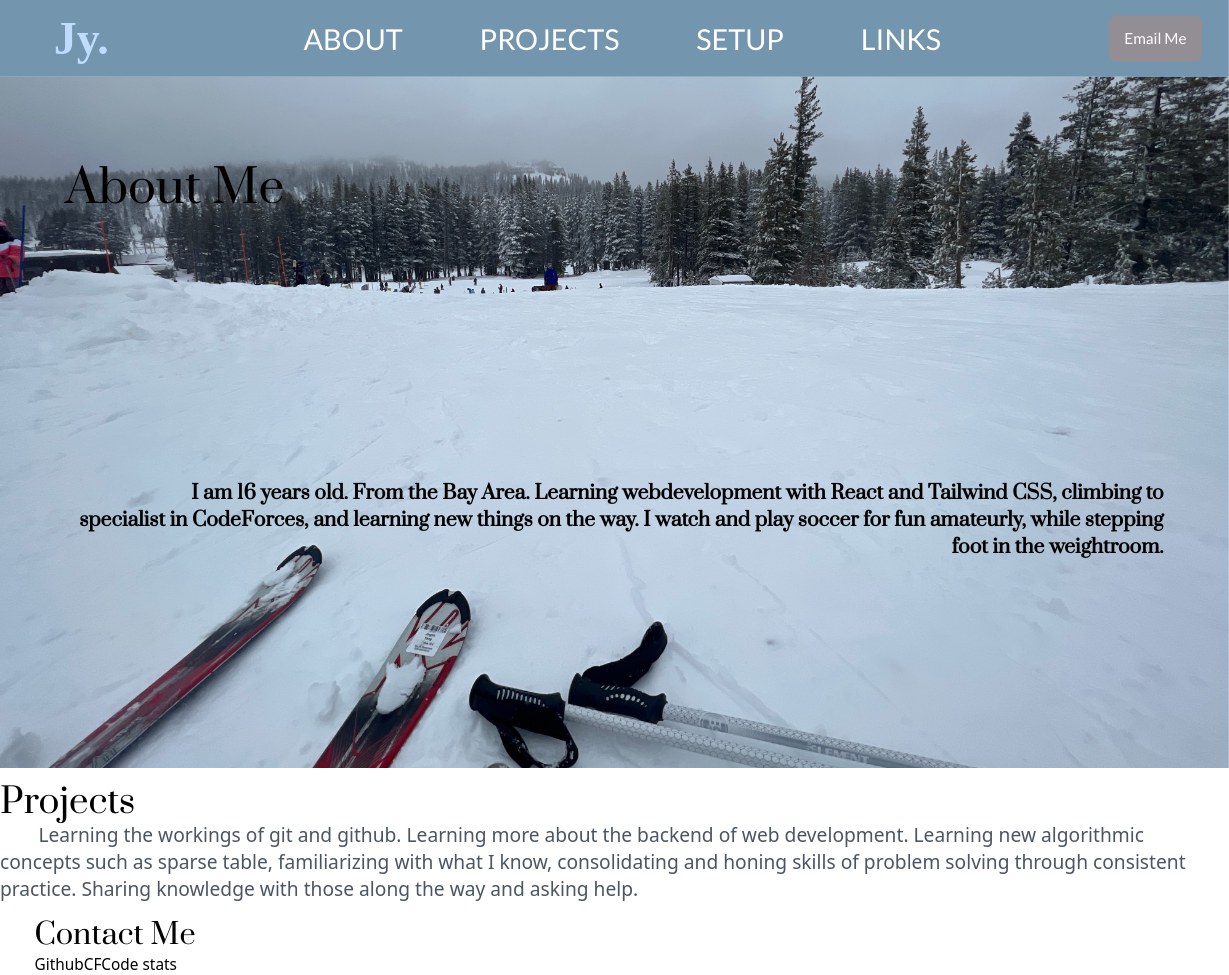
Repository: joshuayanggithub/joshua-yang-website
Page: /
The author's editor kept a copy of each file at every save. The page is drawn from the files as they stood at one save, then again after the next save.
The browser window is 1280 px wide. The pictures show the whole page, at 96% of full size.
Some web fonts or font styles are not loaded; a fallback is used. The project was rebuilt for these pictures with package versions that can differ from the ones it lists, and the page was loaded fresh each time.

Above is the page before, as saved 2023-01-08 03:19:08.

### public/index.html
<!DOCTYPE html>
<html lang="en">
  <head>
    <meta charset="utf-8" />
    <link rel="icon" href="%PUBLIC_URL%/favicon.ico" />
    <meta name="viewport" content="width=device-width, initial-scale=1" />
    <meta name="theme-color" content="#000000" />
    <meta
      name="description"
      content="Web site created using create-react-app"
    />
    <link rel="apple-touch-icon" href="%PUBLIC_URL%/logo192.png" />
    <!--
      manifest.json provides metadata used when your web app is installed on a
      user's mobile device or desktop. See https://developers.google.com/web/fundamentals/web-app-manifest/
    -->
    <link rel="manifest" href="%PUBLIC_URL%/manifest.json" />
    <!--
      Notice the use of %PUBLIC_URL% in the tags above.
      It will be replaced with the URL of the `public` folder during the build.
      Only files inside the `public` folder can be referenced from the HTML.

      Unlike "/favicon.ico" or "favicon.ico", "%PUBLIC_URL%/favicon.ico" will
      work correctly both with client-side routing and a non-root public URL.
      Learn how to configure a non-root public URL by running `npm run build`.
    -->
    <title>Joshua Yang</title>
  </head>
  <body>
    <noscript>You need to enable JavaScript to run this app.</noscript>
    <div id="root"></div>
    <!--
      This HTML file is a template.
      If you open it directly in the browser, you will see an empty page.

      You can add webfonts, meta tags, or analytics to this file.
      The build step will place the bundled scripts into the <body> tag.

      To begin the development, run `npm start` or `yarn start`.
      To create a production bundle, use `npm run build` or `yarn build`.
    -->
  </body>
</html>

### src/index.css
@import url('https://fonts.googleapis.com/css2?family=Lato:ital,wght@0,100;0,300;0,400;0,700;0,900;1,100;1,400;1,700;1,900&display=swap');

@import url('https://fonts.googleapis.com/css2?family=Prata&display=swap');

@import url('https://fonts.googleapis.com/css2?family=Sofia&display=swap');

@tailwind base;
@tailwind components;
@tailwind utilities;

### src/App.js
import NavBar from "./components/NavBar";
import About from "./components/About";
import Contacts from "./components/Contacts";
import Setup from "./components/Setup";
import Projects from "./components/Projects";

function App() {
  return (
    <>
      <NavBar />
      <About />
      <Projects />
      <Setup />
      <Contacts />
    </>
  );
}

export default App;

### src/components/NavBar.jsx
import React, {useState} from "react";
import {AiOutlineMenu,AiOutlineClose} from 'react-icons/ai'
import Button from './Button'

const NavBar = () => {
  const [nav, setNav] = useState(true) //react hooks!

  const toggleNav = () => {
    setNav(!nav)
  }

  const links = [
    {'id': 1, 'name': 'About'},
    {'id': 2, 'name': 'Projects'},
    {'id': 3, 'name': 'Setup'},
    {'id': 4, 'name': 'Links'}
  ]

  const closeButton = (
    <div><AiOutlineClose> size={100}</AiOutlineClose></div>
  )

  const menuButton = (
    <div><AiOutlineMenu> size={100} </AiOutlineMenu></div>
  )

  return (
    <div class="md:flex bg-sasskyblue w-full justify-between items-center h-20 mx-auto px-4">

      <div onClick={toggleNav} class="md:hidden">
        {nav ? <AiOutlineMenu> size="50px"</AiOutlineMenu>: null}
      </div>
      <div class={!nav ? 'hidden' : "hidden md:flex items-center justify-between w-full"}>
        <h1 class="font-cursive text-5xl font-bold text-blue-200 m-10">Jy.</h1>
        <ul class="hidden md:flex gap-10 ">
          {
            links.map((link) =>
              <li key={link.id} class="">
                <a href='#About' class="text-3xl text-white px-5 hover:bg-sasnavyblue hover:font-bold duration-300 uppercase font-navheader">{link.name}</a>
              </li>
            )
          }
        </ul>
        <Button> Email Me </Button>
      </div>

      <div class={!nav ? 'fixed left-0 top-0 w-[30%] h-full border-r border-r-gray-600 bg-sasnavyblue ease-in duration-1000' : "fixed hidden"}>
        <h1 class="font-cursive text-5xl font-bold text-blue-200 m-10">Jy.</h1>
        <ul class="p-4">
          {
            links.map((link) =>
              <li key={link.id} class="p-4 border-b border-b-gray-400">
                <a href='#About' class="text-2xl text-white p-5 hover:bg-sasnavyblue hover:font-bold duration-300 uppercase font-navheader">{link.name}</a>
              </li>
            )
          }
        </ul>
      </div>

      <div onClick={toggleNav}>
        {nav ? null : closeButton }
      </div>
    </div>
  );
};

export default NavBar;

### src/components/About.jsx
import React from 'react'

const About = () => {
  return (
    <div class="h-screen py-10 px-5" style={{backgroundImage: "url(/imgs/snow_background.jpg)",  height: '100vh', width: "100vw", backgroundRepeat: "no-repeat",  backgroundPosition: 'left', backgroundSize: 'cover',}}>
      <h1 class="py-10 px-8 my-3 mx-4 text-black font-pageheader text-5xl max-w-4xl">About Me</h1>
      <p class="py-40 justify-between px-8 my-20 mx-4 indent-10 text-black text-xl font-pageheader font-extrabold text-end" >I am 16 years old. From the Bay Area. Learning webdevelopment with React and Tailwind CSS, climbing to specialist in CodeForces, and learning new things on the way. I watch and play soccer for fun amateurly, while stepping foot in the weightroom. </p>
    </div>
  );
}

export default About

### src/components/Contacts.jsx
import React from 'react'

const Contacts = () => {
  return (
    <div class="mx-5 px-4">
      <h1 class="text-3xl font-pageheader ">Contact Me</h1>
      <a href="https://github.com/joshuayanggithub">Github</a>
      <a href="https://codeforces.com/profile/JoshuaYang">CF</a>
      <a href="https://wakatime.com/@joshuayang">Code stats</a>
    </div>
  );
}

export default Contacts

### src/components/Setup.jsx
import React from 'react'

const Setup = () => {
  return (
    <div>

    </div>
  );
}

export default Setup

### src/components/Projects.jsx
import React from 'react'

const Projects = () => {
  return (
    <div class="my-4">
      <h1 class="text-black text-4xl font-pageheader">Projects</h1>
      <p class="indent-10 text-gray-600 text-xl">
        Learning the workings of git and github. Learning more about the backend of web development. Learning new algorithmic concepts such as sparse table, familiarizing with what I know,  consolidating and honing skills of problem solving through consistent practice. Sharing knowledge with those along the way and asking help.
      </p>
    </div>
  );
}

export default Projects

### src/components/Button.jsx
import React from "react";

const Button = (props) => {
  return (
    <button class="bg-sasgrey text-white font-navheader py-3  px-4 mx-3 rounded-lg">
      {props.children}
    </button>
  );
}

export default Button

### tailwind.config.js
/** @type {import('tailwindcss').Config} */
module.exports = {
  content: [
    "./src/components/*.{html,js,jsx}",
    "./src/**/*.{html,js,jsx}",
  ],
  theme: {
    screens: {
      'sm': '640px',
      // => @media (min-width: 640px) { ... }

      'md': '768px',
      // => @media (min-width: 768px) { ... }

      'lg': '1024px',
      // => @media (min-width: 1024px) { ... }

      'xl': '1280px',
      // => @media (min-width: 1280px) { ... }

      '2xl': '1536px',
      // => @media (min-width: 1536px) { ... }
    },
    extend: {
      colors: {
        'sasblack':'#5D5C61',
        'sasgrey': '#938e93',
        'sasskyblue': '#7395AE',
        'sasnavyblue': '#557A95',
        'sasgold':'#B1A296',
      }
    },
    fontFamily: {
      navheader: ['Lato',],
      pageheader: ['Prata',],
      cursive:['Sofia'],
    },
  },
  plugins: [],
}

Loaded but not shown: src/index.js (common file)

After the next save:
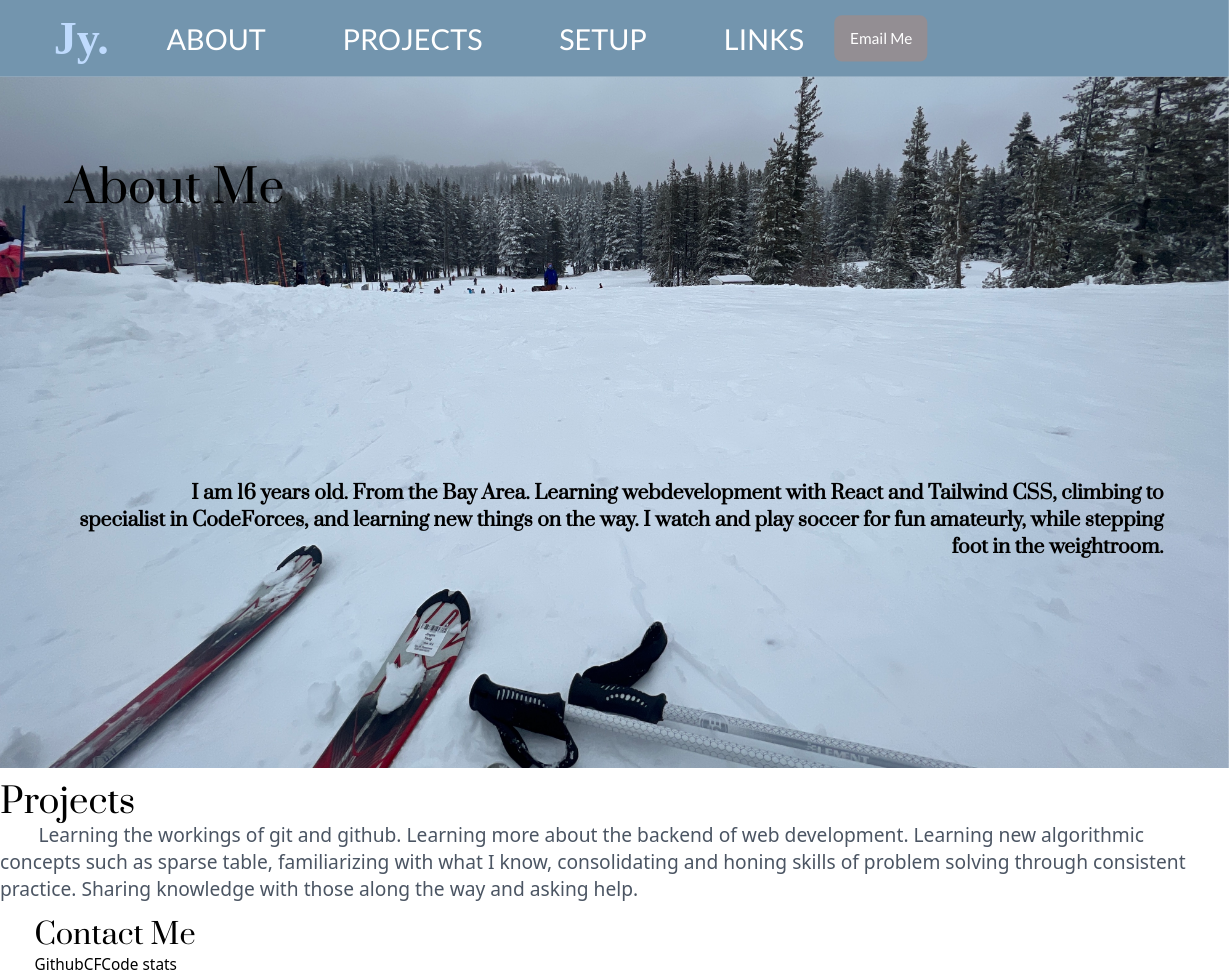
Saved 9 s later.
--- a/src/components/NavBar.jsx
+++ b/src/components/NavBar.jsx
@@ -30,7 +30,7 @@ const NavBar = () => {
       <div onClick={toggleNav} class="md:hidden">
         {nav ? <AiOutlineMenu> size="50px"</AiOutlineMenu>: null}
       </div>
-      <div class={!nav ? 'hidden' : "hidden md:flex items-center justify-between w-full"}>
+      <div class={!nav ? 'hidden' : "hidden md:flex items-center justify-between w-30"}>
         <h1 class="font-cursive text-5xl font-bold text-blue-200 m-10">Jy.</h1>
         <ul class="hidden md:flex gap-10 ">
           {
